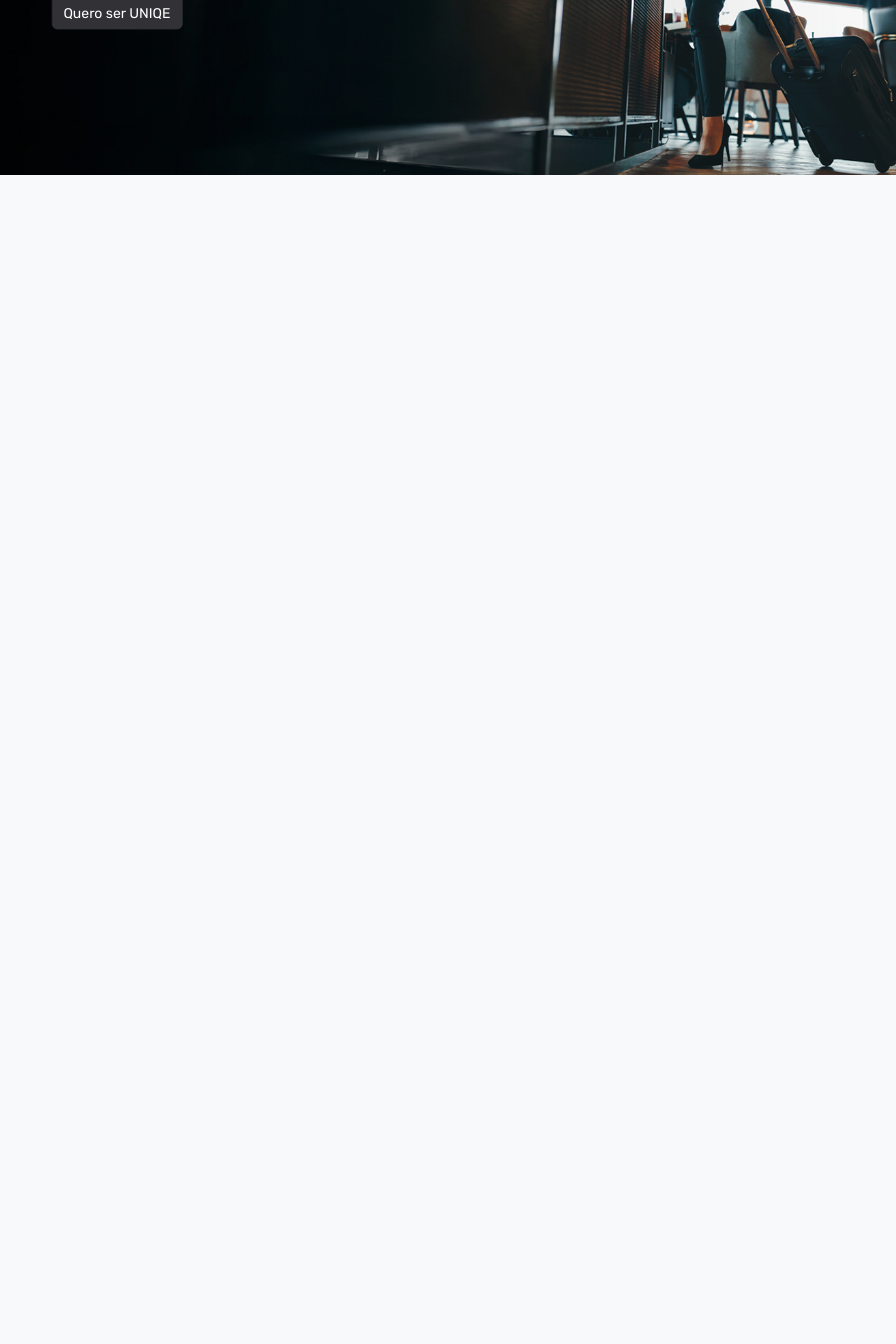
Repository: SkyTeam-Dev/Site-Uniqe
Page: http://localhost/
An editor plug-in stored every save of this project. The page is shown before and after the next save, followed by the edit.
The browser window is 1280 px wide. The pictures show the part of the page from y = 470 to 2390 px (the page is 4220 px tall before and 720 px after), at 70% of full size.
The page is run by PHP 8.4 with error messages shown; the project is at /var/www/html/.

Above is the page before, as saved 2025-07-03 10:49:37.

### index.php
<!DOCTYPE html>
<html lang="pt-br">

<head>
    <title>:: Uniqe by Skyteam ::</title>
    <!-- Define uma descrição otimizada para mecanismos de busca (Maximo 160 caracteres mas o recomendado é 50 caracteres) -->
    <meta name="description"
        content="CADASTRO SIMPLES, DESCONTOS E CASHBACK A viagem do seu cliente com as melhores condições Conectamos o agente a descontos imbatíveis Ofereça seus serviços a preços mais atrativos com a Uniqe By Skyteam, uma plataforma para reservas de aéreo, hotelaria, seguro-viagem e locação nacional com descontos e cashback, projetada para qualquer agente de viagem" />
    <!-- Define palavras-chave (não tem mais impacto no Google, mas pode ajudar em outros mecanismos) -->
    <meta name="keywords" content="palavra-chave1, palavra-chave2, palavra-chave3">
    <meta charset="utf-8">
    <meta http-equiv="X-UA-Compatible" content="IE=edge">
    <link rel="canonical" href="https://uniqe.tur.br/" />
    <link rel='shortlink' href='https://uniqe.tur.br/' />

    <!-- Define a indexação pelos mecanismos de busca -->
    <meta name="robots" content="index, follow"> <!-- Para indexar e seguir links -->
    <meta name="googlebot" content="index, follow"> <!-- Específico para o Google -->
    <meta name="bingbot" content="index, follow"> <!-- Específico para o Bing -->

    <!-- GOOGLE JSON-LD para SEO -->
    <script type="application/ld+json">
    {
        "@context": "https://schema.org",
        "@type": "WebSite",
        "name": "Uniqe by Skyteam",
        "url": "https://uniqe.tur.br",
        "description": "Consolidadora PREMIUM para grandes negócios do turismo. Atendimento completo, personalizado e com foco em performance e relacionamento, venha ser Uniqe",
        "image": "https://uniqe.tur.br/Templates/Default/Imagens/OG_Uniqe_Base.jpg",
        "author": {
            "@type": "Person",
            "name": "Uniqe"
        },
        "publisher": {
            "@type": "Organization",
            "name": "Uniqe by Skyteam",
            "logo": {
                "@type": "ImageObject",
                "url": "https://uniqe.tur.br/Templates/Default/Imagens/OG_Uniqe_Base.jpg"
            }
        }
    }
    </script>
    <!-- GOOGLE JSON-LD para SEO -->

    <!-- Define o autor do conteúdo -->
    <meta name="author" content="Uniqe by Skyteam">

    <!-- Controla como o Google exibe o snippet do site -->
    <meta name="google" content="nosnippet"> <!-- Impede snippets na SERP -->
    <meta name="google" content="max-snippet:-1, max-image-preview:large, max-video-preview:-1">
    <!-- Personaliza como o conteúdo é mostrado -->

    <!-- Diz ao Google para não traduzir a página automaticamente -->
    <meta name="google" content="notranslate">

    <!-- Define a geolocalização para buscas locais -->
    <meta name="DC.title" content="Uniqe By SkyTeam" />
    <meta name="geo.region" content="BR-RS" />
    <meta name="geo.placename" content="Porto Alegre" />
    <meta name="geo.position" content="-30.030205;-51.229975" />
    <meta name="ICBM" content="-30.030205, -51.229975" />
    <!-- Criador do conteúdo -->
    <meta name="DC.creator" content="Uniqe By SkyTeam">
    <!-- Assunto ou tema do conteúdo -->
    <meta name="DC.subject"
        content="Consolidadora PREMIUM para grandes negócios do turismo. Atendimento completo, personalizado e com foco em performance e relacionamento, venha ser Uniqe">
    <!-- Descrição do conteúdo -->
    <meta name=" DC.description"
        content="Consolidadora PREMIUM para grandes negócios do turismo. Atendimento completo, personalizado e com foco em performance e relacionamento, venha ser Uniqe">

    <!-- Editora ou organização responsável -->
    <meta name="publisher" content="Uniqe By SkyTeam">
    <!-- Identificador único (ex: URL, DOI) -->
    <meta name="identifier" content="https://uniqe.tur.br">
    <!-- Idioma do conteúdo -->
    <meta name="language" content="pt-BR">

    <!-- Direitos autorais e licenciamento -->
    <meta name="rights" content="© 2025 Uniqe By SkyTeam. Todos os direitos reservados.">


    <!-- Definição do protocolo Open Graph BASE -->
    <meta property="og:type" content="website">
    <!-- URL canônica da página -->
    <meta property="og:url" content="https://uniqe.tur.br/">
    <!-- Título que aparecerá no compartilhamento -->
    <meta property="og:title" content="Uniqe by Skyteam">
    <!-- Descrição curta e chamativa -->
    <meta property="og:description"
        content="Consolidadora PREMIUM para grandes negócios do turismo. Atendimento completo, personalizado e com foco em performance e relacionamento, venha ser Uniqe">
    <!-- Imagem para exibição no compartilhamento -->
    <meta property="og:image" content="https://uniqe.tur.br/Templates/Default/Imagens/OG_Uniqe_Base.jpg">
    <!-- 1200x630 pixels é o tamanho recomendado pelo Facebook e outras redes sociais -->
    <meta property="og:image:alt"
        content="Uniqe by Skyteam - Consolidadora PREMIUM para grandes negócios do turismo. Atendimento completo, personalizado e com foco em performance e relacionamento, venha ser Uniqe">
    <!-- Especificações adicionais para a imagem -->
    <meta property="og:image:width" content="1200">
    <meta property="og:image:height" content="630">
    <!-- Nome do site (opcional, mas recomendado) -->
    <meta property="og:site_name" content="Uniqe by Skyteam">
    <!-- Idioma da página -->
    <meta property="og:locale" content="pt_BR">
    <!-- Definição do protocolo Open Graph BASE -->

    <!-- Twitter Card -->
    <meta name="twitter:card" content="summary_large_image">
    <meta name="twitter:title" content="Uniqe by Skyteam">
    <meta name="twitter:description"
        content="Consolidadora PREMIUM para grandes negócios do turismo. Atendimento completo, personalizado e com foco em performance e relacionamento, venha ser Uniqe">
    <meta name="twitter:image" content="https://uniqe.tur.br/Templates/Default/Imagens/OG_Uniqe_Base.jpg">
    <!-- Twitter Card -->



    <meta name="viewport" content="width=device-width, initial-scale=1, shrink-to-fit=no">

    <link rel='preconnect' href='//fonts.googleapis.com' />
    <link rel="preconnect" href="//fonts.gstatic.com" crossorigin>
    <link rel='preconnect' href='//jsdelivr.net' />
    <link rel='preconnect' href='//cdn.jsdelivr.net' />
    <link rel='preconnect' href='//code.jquery.com' />



    <!-- CSS -->
    <link rel="stylesheet"
        href="https://cdn.jsdelivr.net/npm/@fortawesome/fontawesome-free@6.7.2/css/fontawesome.min.css">
    <link href="https://fonts.googleapis.com/css2?family=DM+Sans:ital,opsz,wght@0,9..40,100..1000;1,9..40,100..1000&family=Inter:ital,opsz,wght@0,14..32,100..900;1,14..32,100..900&family=Rubik:ital,wght@0,300..900;1,300..900&display=swap" rel="stylesheet">

    <link rel="stylesheet" href="Templates/Default/Bootstrap/bootstrap.css">
    <link rel="stylesheet" href="Templates/Default/CSS/Site.css">

    <link rel="stylesheet" href="https://cdn.jsdelivr.net/npm/slick-carousel@1.8.1/slick/slick.css" />
    <link rel="stylesheet" href="https://cdn.jsdelivr.net/npm/slick-carousel@1.8.1/slick/slick-theme.css" />


    <!-- CSS -->

    <!-- Favicon -->


    <!-- Favicon e Theme Color-->
    <link rel="icon" type="image/png" href="Templates/Default/Imagens/Favicons/favicon-96x96.png" sizes="96x96" />
    <link rel="icon" type="image/svg+xml" href="Templates/Default/Imagens/Favicons/favicon.svg" />
    <link rel="shortcut icon" href="Templates/Default/Imagens/Favicons/favicon.ico" />
    <link rel="icon" href="Templates/Default/Imagens/Favicons/favicon.ico" type="image/x-icon">
    <link rel="apple-touch-icon" sizes="180x180" href="Templates/Default/Imagens/Favicons/apple-touch-icon.png" />
    <link rel="manifest" href="Templates/Default/Imagens/Favicons/site.webmanifest" />
    <link rel="apple-touch-icon" href="Templates/Default/Imagens/Favicons/favicon-96x96.png">
    <meta name="msapplication-TileImage" content="Templates/Default/Imagens/Favicons/favicon-96x96.png">
    <meta name="theme-color" content="#313136">
    <meta name="apple-mobile-web-app-capable" content="yes">
    <meta name="apple-mobile-web-app-status-bar-style" content="black-translucent">
    <meta name="msapplication-TileColor" content="#313136">
    <!-- Favicon -->


    <!-- Rastreamento e Comunicação -->

    <!-- Rastreamento e Comunicação -->



    <script src="https://www.google.com/recaptcha/api.js"></script>


</head>

<body onload="document.body.classList.add('show');" class="fade-in">


    <!-- Cabeçalho -->
    <header id="mainHeader" class="menu-transparent mt-0">
        <div class="container-fluid d-flex justify-content-between align-items-center p-3">
            <div>
                <img src="Templates/Default/Imagens/Logo_Uniqe_Branco.png" class="ms-4 img-fluid fw-bold" >
                <!-- Troque pelo seu logo -->
            </div>
            <div>
                <a href="#" class="btn btn-lg btn-outline-light me-2 rounded-3 shadow">Seja Cliente</a>
                <a href="#" class="btn btn-lg btn-light rounded-3 shadow">Portal Uniqe</a>
            </div>
        </div>
    </header>

    <!-- Conteúdo -->
    <main class="bg-primary">

        <section class="container-fluid p-5 Hero d-flex justify-content-center align-items-center min-vh-100" id="Hero">
            <div class="row">
                <div class="col-md-6 col-sm-12">
                    <h1 class="text-white mb-5">Consolidadora Premium para Grandes Negócios do Turismo</h1>
                    <p class="text-white mb-3">Atendimento completo, personalizado e com foco em performance e
                        relacionamento.</p>
                    <a href="#" class="btn btn-lg btn-primary">Quero ser UNIQE</a>
                </div>
            </div>


        </section>

    </main>
    <!-- Conteúdo -->

    <!-- Cabeçalho -->

    <!-- Por que ser UNIQE -->

    <section class="container-fluid bg-light" style="height: 3500px;">

    </section>

    <!-- Por que ser UNIQE -->









    <script src="https://cdn.jsdelivr.net/npm/bootstrap@5.3.3/dist/js/bootstrap.bundle.min.js"></script>
    <script>
    const header = document.getElementById('mainHeader');
    let lastScroll = 0;

    window.addEventListener('scroll', () => {
        const currentScroll = window.scrollY;

        if (currentScroll <= 0) {
            header.classList.add('menu-transparent');
            header.classList.remove('menu-colored');
            return;
        }

        if (currentScroll > lastScroll) {
            // Rolando para baixo
            header.classList.add('menu-colored');
            header.classList.remove('menu-transparent');
        } else {
            // Rolando para cima
            if (currentScroll <= 100) {
                header.classList.add('menu-transparent');
                header.classList.remove('menu-colored');
            }
        }

        lastScroll = currentScroll;
    });
    </script>

</body>

</html>

### Templates/Default/CSS/Site.css
.fade-in {
    opacity: 0;
    transition: opacity 1s ease-in-out;
}

.fade-in.show {
    opacity: 1;
}

header {
  position: fixed;
  width: 100%;
  z-index: 999;
  transition: background-color 0.3s ease, box-shadow 0.3s ease;
}

.menu-transparent {
  background-color: transparent !important;
  box-shadow: none !important;
}

.menu-colored {
  background-color: var(--bs-primary) !important;
  box-shadow: 0 2px 5px rgba(0, 0, 0, 0.1);
}

.Hero {
  height: 100vh;
  background-image: url('../Imagens/foto-home-uniqe.jpg');
  background-repeat: no-repeat;
  background-size: cover;
  background-position: center;
}

Loaded but not shown: Templates/Default/Bootstrap/bootstrap.css (library)

After the next save:
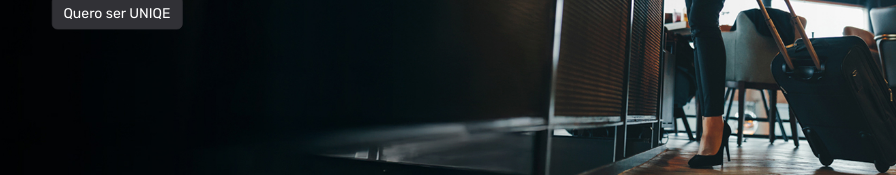
Saved 10 s later.
--- a/index.php
+++ b/index.php
@@ -207,7 +207,7 @@
 
     <!-- Por que ser UNIQE -->
 
-    <section class="container-fluid bg-light" style="height: 3500px;">
+    <section class="container-fluid bg-white"">
 
     </section>
 
